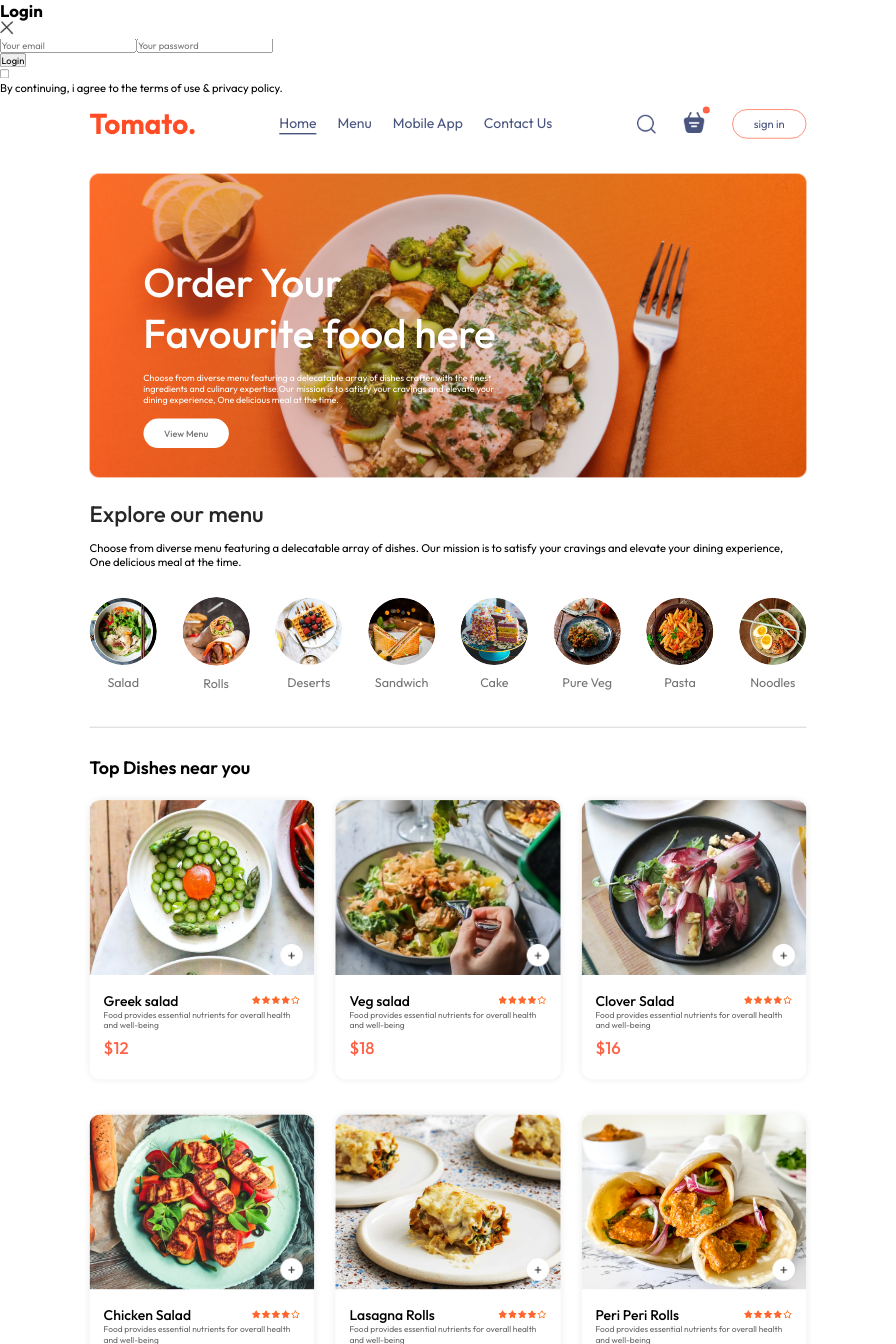
Repository: esakkiraj8104/FOOD_ORDER1
Page: /, after clicking the first element matching `button`
These files come from the project's save history. The page is drawn as it stood at one moment and after a run of saves; the edit follows.
The browser window is 1280 px wide. The pictures show the part of the page from y = 0 to 1920 px (the page is 6849 px tall before and 6869 px after), at 70% of full size.
The project was rebuilt for these pictures with package versions that can differ from the ones it lists, and the page was loaded fresh each time. Also part of the build but not shown: vite.config.js, src/pages/Cart/Cart.css, src/pages/Cart/Cart.jsx, src/components/LoginPopup/LoginPopup.css. Imported but missing from the stored project, and not drawn on this page: src/pages/PlaceOrder/PlaceOrder.

Above is the page before, as saved 2025-05-17 14:13:52.

After the next 3 saves:
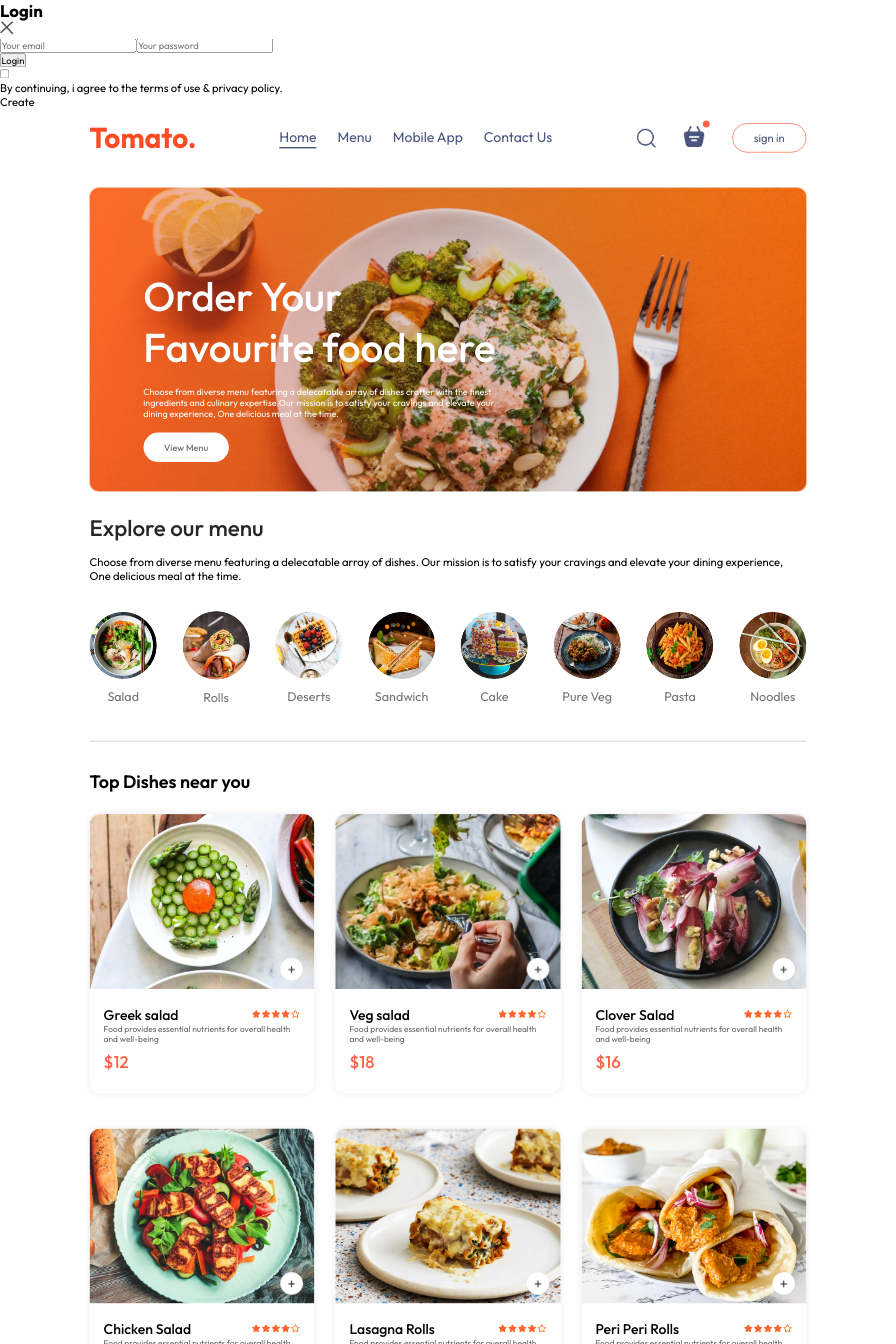
The 3 saves are shown as one change because they came seconds apart.
The last was saved 10 s later.
--- a/src/components/LoginPopup/LoginPopup.jsx
+++ b/src/components/LoginPopup/LoginPopup.jsx
@@ -23,7 +23,7 @@ const LoginPopup = ({setShowLogin}) => {
           <input type="checkbox" required/>
           <p>By continuing, i agree to the terms of use & privacy policy.</p>
         </div>
-        <p></p>
+        <p>Create</p>
       </form>
     </div>
   )
